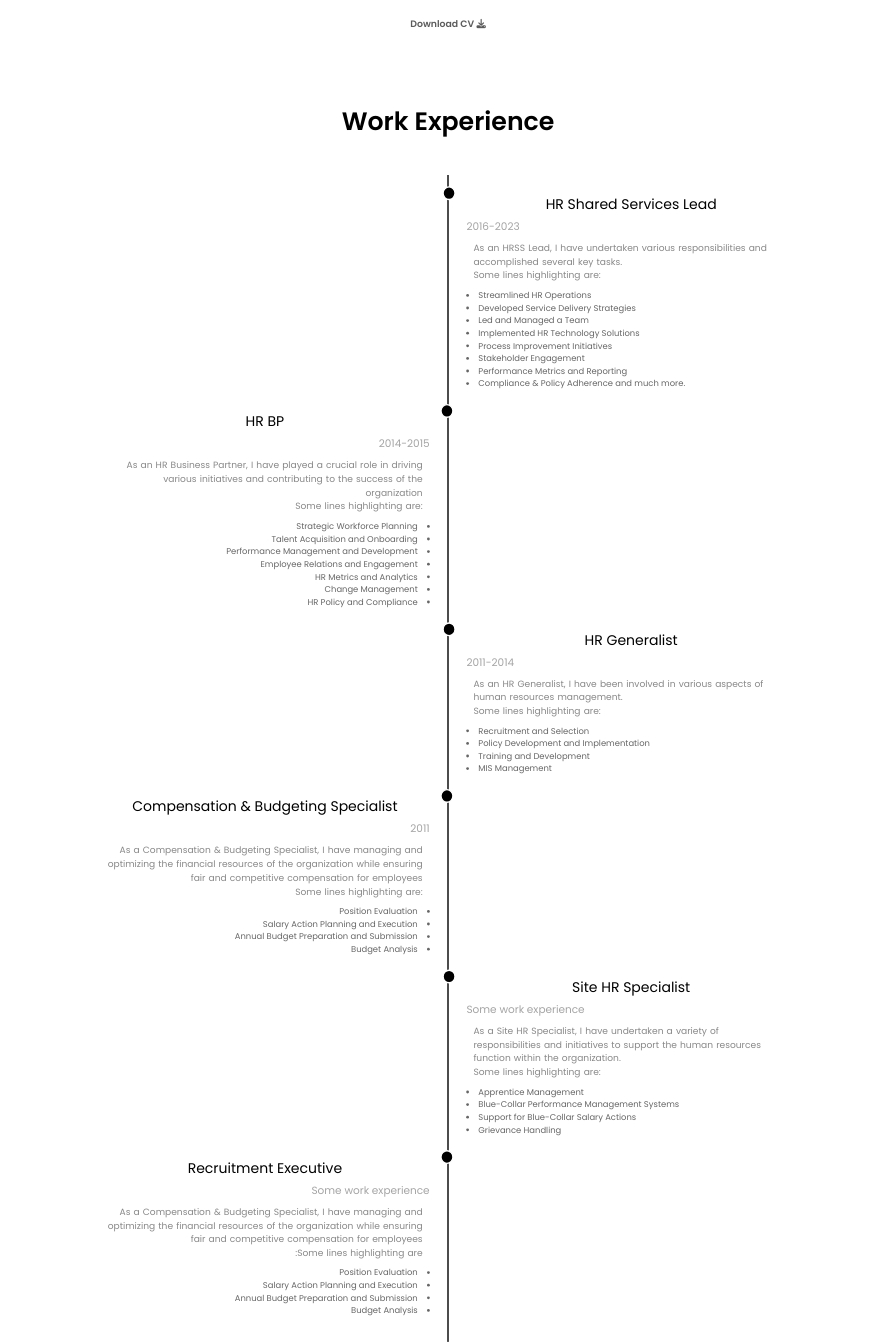
Repository: xoshiraghavx/Niharika-portfolio
Page: index.html
An editor plug-in stored every save of this project. The page is shown before and after the next save, followed by the edit.
The browser window is 1280 px wide. The pictures show the part of the page from y = 1260 to 3180 px (the page is 3920 px tall), at 70% of full size.
Some web libraries are served in a nearby version.

Above is the page before, as saved 2023-06-16 11:08:45.

After the next save:
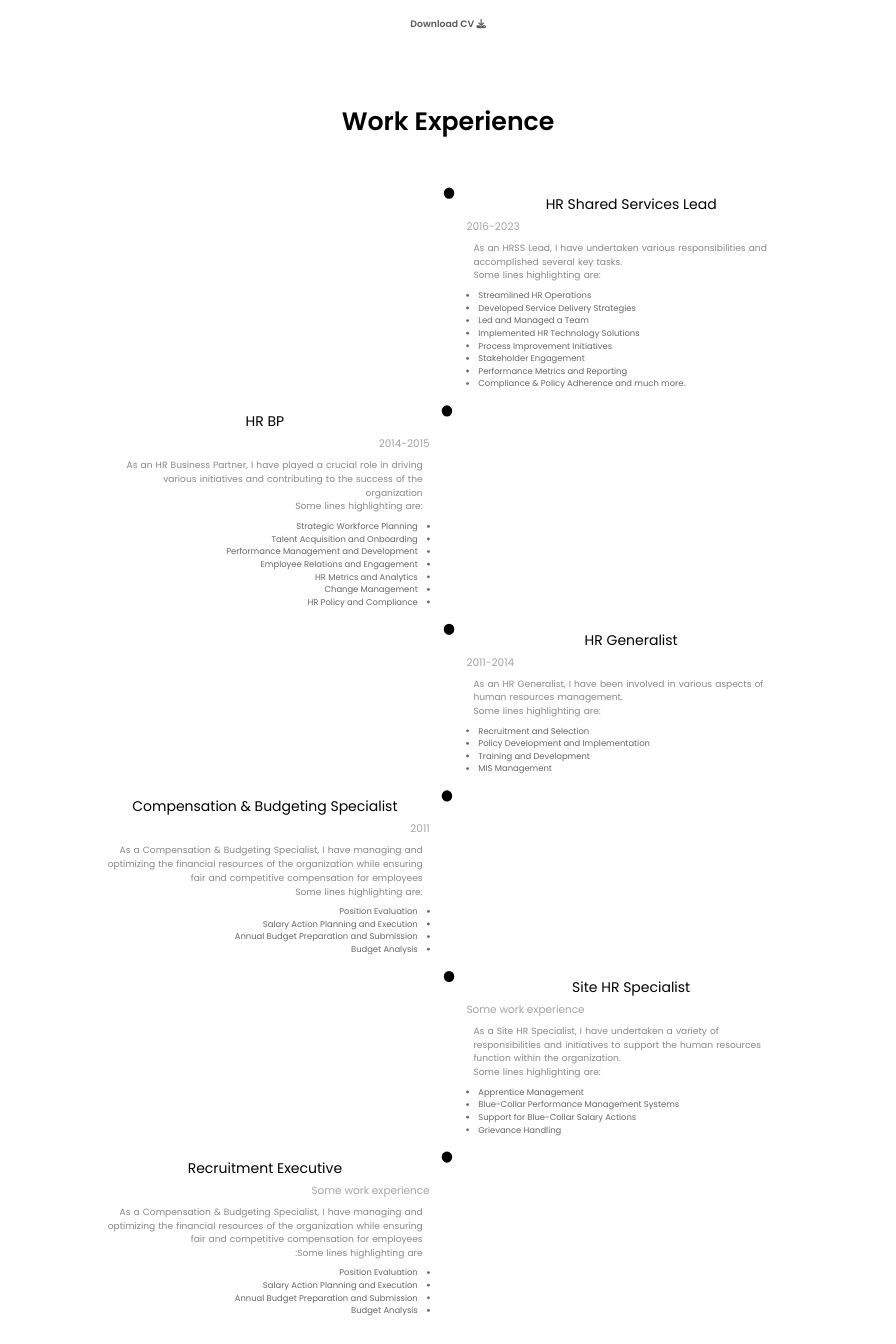
Saved 8 s later.
--- a/css/index.css
+++ b/css/index.css
@@ -208,7 +208,7 @@
     position: relative;
     overflow: hidden;
  }
- .timeline:before {
+ /* .timeline:before {
     content: '';
     position: absolute;
     top: 0;
@@ -218,7 +218,7 @@
     height: 100%;
     background: #000000;
     z-index: 1
- }
+ } */
  .timeline-block {
     width: -webkit-calc(50% + 8px);
     width: -moz-calc(50% + 8px);

After the save that followed:
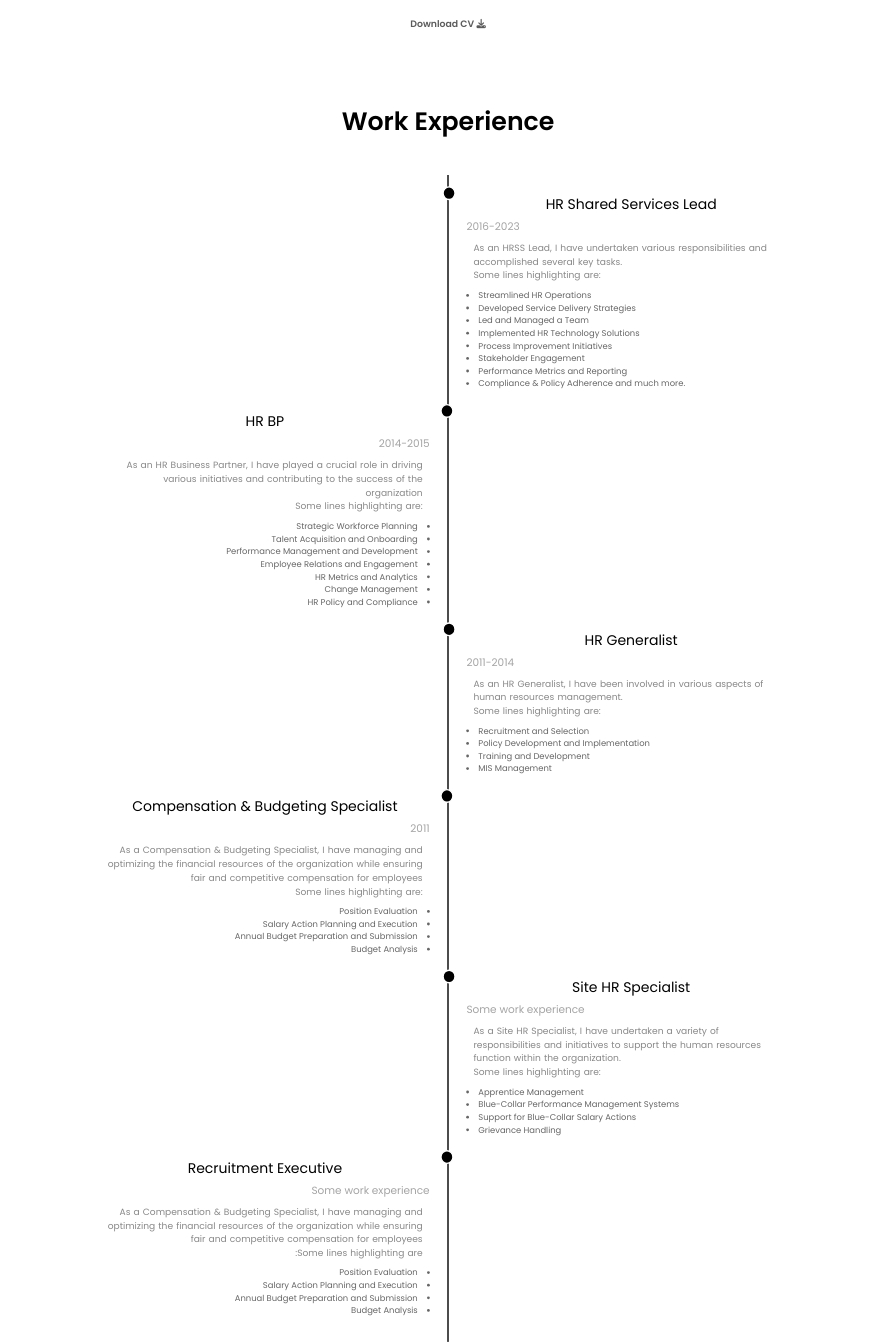
Saved 5 s later.
--- a/css/index.css
+++ b/css/index.css
@@ -208,7 +208,7 @@
     position: relative;
     overflow: hidden;
  }
- /* .timeline:before {
+ .timeline:before {
     content: '';
     position: absolute;
     top: 0;
@@ -218,7 +218,7 @@
     height: 100%;
     background: #000000;
     z-index: 1
- } */
+ }
  .timeline-block {
     width: -webkit-calc(50% + 8px);
     width: -moz-calc(50% + 8px);
